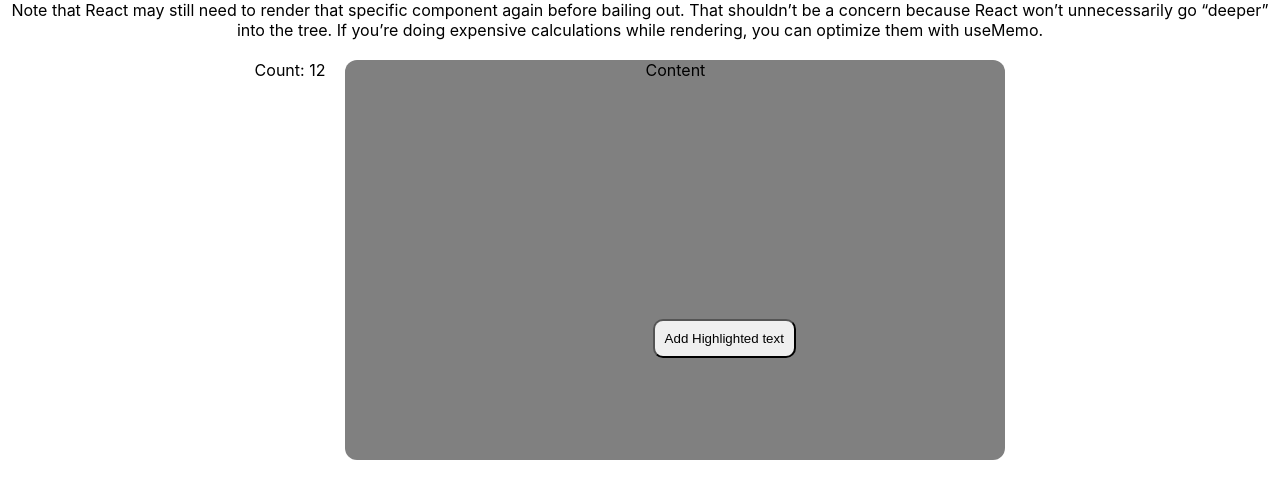
Repository: Farbod29/React-text-highlighter-with-hook-
Page: /
An editor plug-in stored every save of this project. The page is shown before and after the next save, followed by the edit.
The browser window is 1280 px wide. The pictures show the whole page.
The project was rebuilt for these pictures with package versions that can differ from the ones it lists, and the page was loaded fresh each time.

Above is the page before, as saved 2022-02-18 21:34:39.

After the next save:
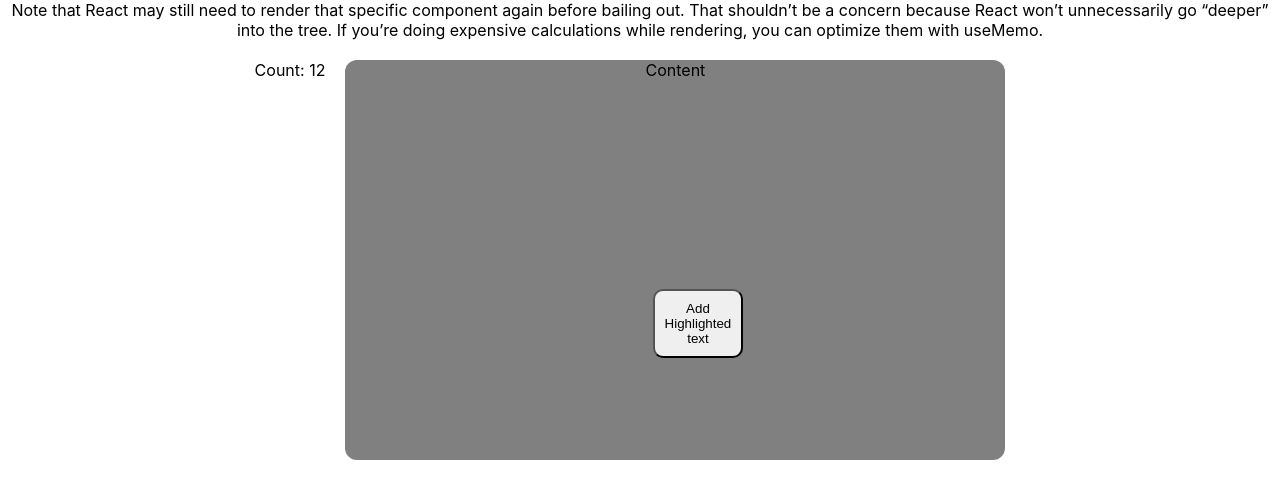
Saved 2 min 6 s later.
--- a/src/highlighter.js
+++ b/src/highlighter.js
@@ -34,7 +34,14 @@ export default function Highlighter() {
         }}
       >
         Content
-        <div style={{ position: 'absolute', bottom: '8vw', left: '24vw' }}>
+        <div
+          style={{
+            position: 'absolute',
+            bottom: '8vw',
+            left: '24vw',
+            right: '24vw',
+          }}
+        >
           <button
             style={{ padding: '10px', borderRadius: '10px' }}
             onClick={() => setCount(12)}
